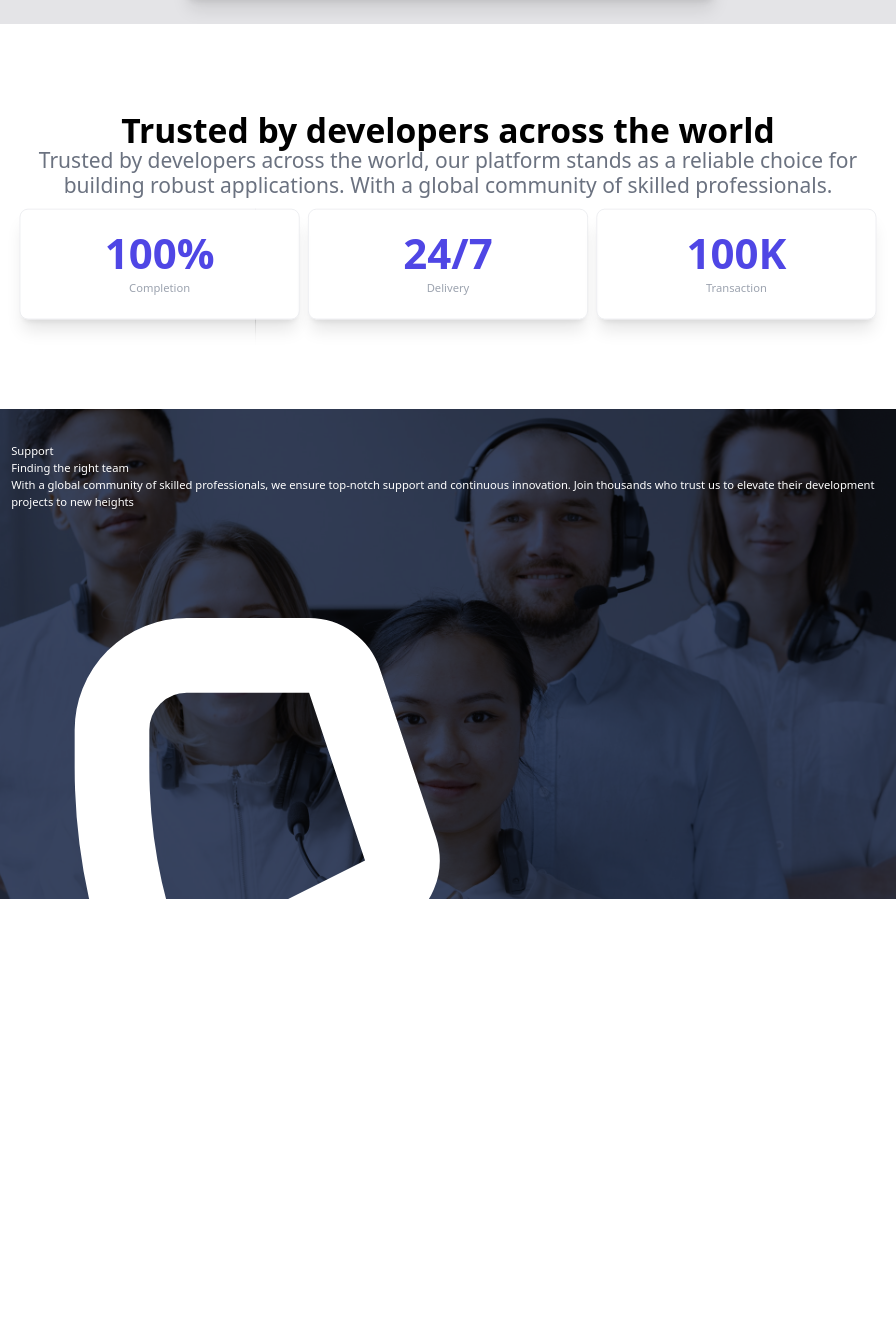
Repository: adrcstro/react-project-2
Page: /
An editor plug-in stored every save of this project. The page is shown before and after the next save, followed by the edit.
The browser window is 1280 px wide. The pictures show the part of the page from y = 686 to 2606 px (the page is 4118 px tall before and 4150 px after), at 70% of full size.
The project was rebuilt for these pictures with package versions that can differ from the ones it lists, and the page was loaded fresh each time.

Above is the page before, as saved 2024-08-15 20:25:42.

### src/index.js
import React from 'react';
import ReactDOM from 'react-dom/client';
import './index.css';
import App from './App';

const root = ReactDOM.createRoot(document.getElementById('root'));
root.render(

    <App />

);

### src/index.css
@tailwind base;
@tailwind components;
@tailwind utilities;

@layer base{
    li{
       @apply p-4
    }
    button{
        @apply text-white border bg-indigo-600 border-indigo-600
        hover:bg-transparent hover:text-indigo-600 rounded-md
    }
}

### src/App.js
import About from "./components/About";
import Hero from "./components/Hero";
import Navbar from "./components/Navbar";
import Support from "./components/Support";



function App() {
  return (
    <>
<Navbar/>
<Hero/>
<About />
<Support />
    </>

  );
}

export default App;

### src/components/About.jsx
import React from 'react'

function About() {
  return (
    <div className='w-full my-32'>
        <div className='max-w-[1240px] mx-auto'>
          <div className='text-center'>
            <h2 className='text-5xl font-bold'>Trusted by developers across the world</h2>
            <p className='text-3xl py6 text-gray-500 px-3'>Trusted by developers across the world, our platform stands as a reliable choice for building robust
             applications. With a global community of skilled professionals.</p>
          </div>

          <div className='grid md:grid-cols-3 gap-3 px-2 text-center mt-4'>
             <div className='border py-8 rounded-xl shadow-xl'>
              <p className='text-6xl font-bold text-indigo-600'>100%</p>
              <p className='text-gray-400 mt-2'>Completion</p>
             </div>
             <div className='border py-8 rounded-xl shadow-xl'>
              <p className='text-6xl font-bold text-indigo-600'>24/7</p>
              <p className='text-gray-400 mt-2'>Delivery</p>
             </div>
             <div className='border py-8 rounded-xl shadow-xl'>
              <p className='text-6xl font-bold text-indigo-600'>100K</p>
              <p  className='text-gray-400 mt-2'>Transaction</p>
             </div>
          </div>
        </div>
    </div>
  )
}

export default About

### src/components/Hero.jsx
import React from 'react'
import {
  CloudUploadIcon,
  DatabaseIcon,
  PaperAirplaneIcon,
  ServerIcon,
} from '@heroicons/react/solid'

import bgImg from '../assets/cyber-bg.png'

function Hero() {
  return (
    <div className='w-full h-screen bg-zinc-200 flex flex-col justify-between'>
<div className='grid md:grid-cols-2 max-w-[1240px] m-auto'>
       <div className='flex flex-col justify-center md:items-start w-full px-2 py-8'>
        <p className='text-2xl'>Unique Sequencing & Production</p>
        <h1 className='py-3 text-5xl md:text-7xl font-bold'>Cloud Management</h1>
        <p className='text-2xl'>This is our Tech brand</p>
        <button className='py-3 px-6 sm:w-[60%] my-4 '>Get Started</button>
       </div>
       <div>
    <img className='w-full' src={bgImg} alt='/' />
       </div>
<div className='absolute flex flex-col py-8 md:min-w-[760px] bottom-[5%] mx-1 md:left-1/2
transform md:-translate-x-1/2 bg-zinc-200 border border-slate-300 rounded-xl text-center shadow-xl'>
  <p>Data Services</p>
  <div className='flex justify-between flex-wrap px-4'>
    <p className='flex px-4 py-2 text-slate-500'><CloudUploadIcon className='h-6 text-indigo-600' /> App Security</p>
    <p className='flex px-4 py-2 text-slate-500'><DatabaseIcon className='h-6 text-indigo-600' /> Dashboard</p>
    <p className='flex px-4 py-2 text-slate-500'><PaperAirplaneIcon className='h-6 text-indigo-600' /> Cloud Data</p>
    <p className='flex px-4 py-2 text-slate-500'><ServerIcon className='h-6 text-indigo-600' /> API</p>
  </div>
</div>
</div>
    </div>
  )
}

export default Hero

### src/components/Navbar.jsx
import React ,{useState} from 'react'
import {MenuIcon, XIcon} from '@heroicons/react/outline'

function Navbar() {

const [nav, setNav] = useState(false)
const handleClick = () => setNav(!nav)



  return (
    <div className='w-screen h-[80px] z-10 bg-zinc-200 fixed drop-shadow-lg'>
    <div className='px-2 flex justify-between items-center  w-full h-full'>
<div className='flex items-center'>
  <h1 className='text-3xl font-bold mr-4 sm:text-4xl'>BRANS.</h1>
  <ul className='hidden  md:flex'>
<li>Home</li>
<li>About</li>
<li>Support</li>
<li>Platforms</li>
<li>Pricing</li>
  </ul>
</div>
<div className='hidden md:flex pr-4'>
  <button className='border-none bg-transparent text-black mr-4'>Sign In</button>
  <button className='px-8 py-3'>Sign Up</button>
</div>

    <div  className='md:hidden' onClick={handleClick}>
    {!nav ? <MenuIcon className="w-5"/> : <XIcon className='w-5'/>}

    </div>
    </div>
<ul className={!nav ? 'hidden' : 'absolute bg-zinc-200 w-full px-8'}>
<li className='border-b-2 border-zinc-300 w-full'>Home</li>
<li className='border-b-2 border-zinc-300 w-full'>About</li>
<li className='border-b-2 border-zinc-300 w-full'>Support</li>
<li className='border-b-2 border-zinc-300 w-full'>Platforms</li>
<li className='border-b-2 border-zinc-300 w-full'>Pricing</li>
<div className='flex flex-col my-4'>
<button className='bg-transparent  text-indigo-600 px-8 py-3 mb-4'>Sign In</button>
<button className='px-8 py-3'>Sign Up</button>
</div>
</ul>

    </div>

  )
}

export default Navbar

### src/components/Support.jsx
import React from 'react'
import {PhoneIcon, ArrowSmRightIcon} from '@heroicons/react/outline';
import {ChipIcon, SupportIcon} from '@heroicons/react/solid'

import supportImg from '../assets/support.jpg'
function Support() {
  return (
    <div className='w-full h-screen mt-24'>
        <div className='w-full h-[700px] bg-gray-900/90 absolute'>
            <img className='w-full h-full object-cover mix-blend-overlay' src={supportImg} alt='/' />
        </div>
        <div className='w-max-w-[1240px] mx-auto text-white relative'>
            <div className='px-4 py-12'>
                <h2>Support</h2>
                <h3>Finding the right team</h3>
                <p>With a global community of skilled professionals, we ensure top-notch support and continuous innovation. Join thousands
                 who trust us to elevate their development projects to new heights</p>
            </div>

            <div>
                 <div>
                    <PhoneIcon/>
                    <h3>Sales</h3>
                    <p>With a global community of skilled professionals, we ensure top-notch support and continuous innovation. Join thousands who trust us to elevate their development projects to new heights</p>
                 </div>
                 <div>
                    <p>Contact Us <ArrowSmRightIcon/> </p>
                 </div>
            </div>
        </div>
    </div>
  )
}

export default Support

Loaded but not shown: public/index.html (common file); tailwind.config.js (common file)

After the next save:
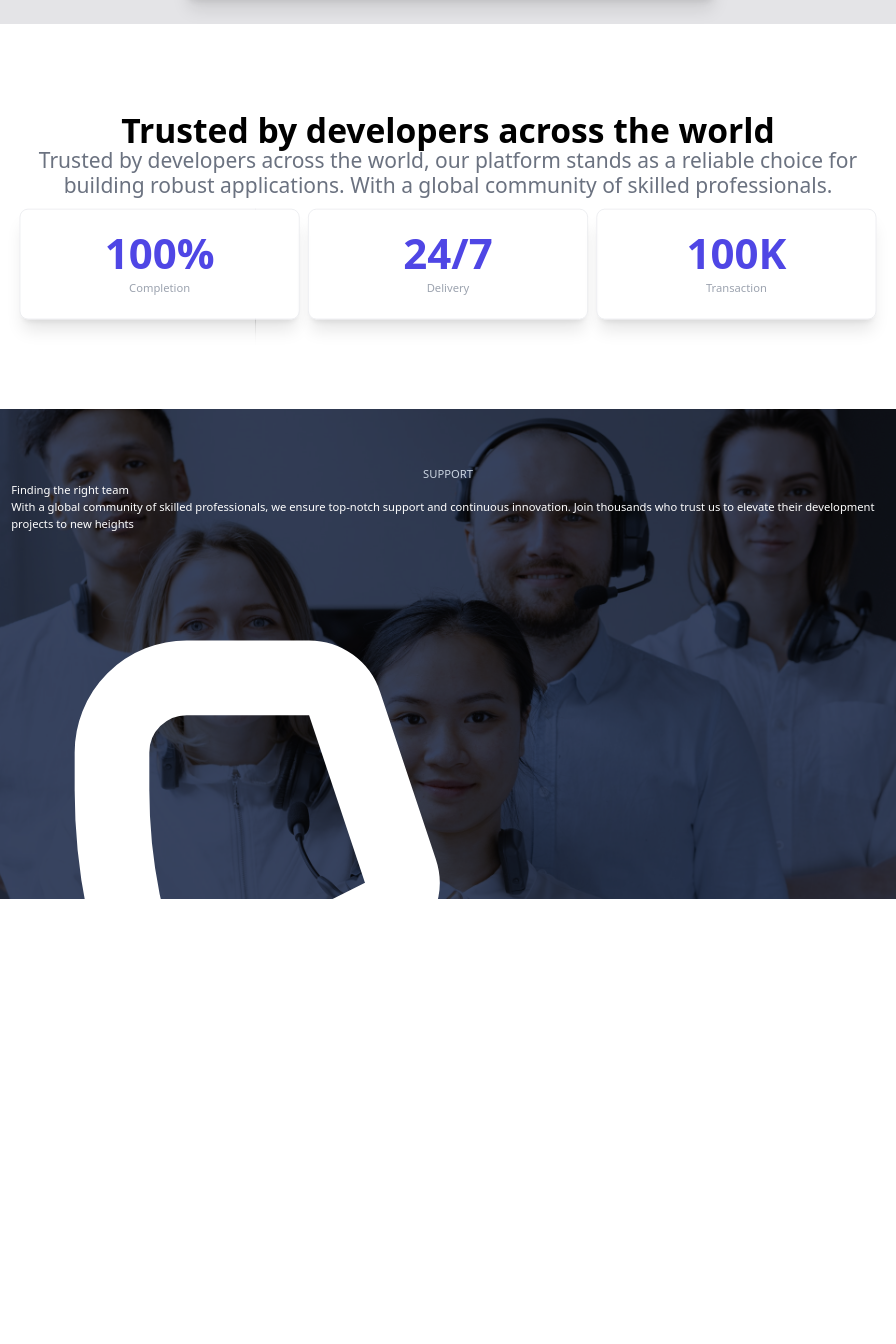
Saved 25 s later.
--- a/src/components/Support.jsx
+++ b/src/components/Support.jsx
@@ -11,7 +11,7 @@ function Support() {
         </div>
         <div className='w-max-w-[1240px] mx-auto text-white relative'>
             <div className='px-4 py-12'>
-                <h2>Support</h2>
+                <h2 className='pt-8 text-slate-300 uppercase text-center'>Support</h2>
                 <h3>Finding the right team</h3>
                 <p>With a global community of skilled professionals, we ensure top-notch support and continuous innovation. Join thousands
                  who trust us to elevate their development projects to new heights</p>
